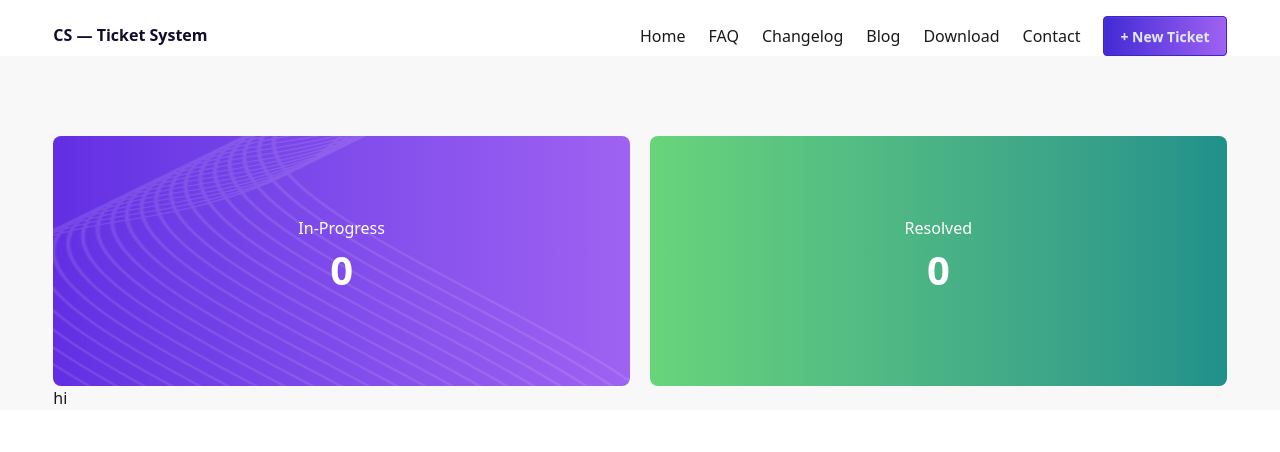
Repository: SanjidaSnigdha/Customer-Support-Zone
Page: /
An editor plug-in stored every save of this project. The page is shown before and after the next save, followed by the edit.
The browser window is 1280 px wide. The pictures show the whole page.
The project was rebuilt for these pictures with package versions that can differ from the ones it lists, and the page was loaded fresh each time. Also part of the build but not shown: vite.config.js, src/App.css.

Above is the page before, as saved 2026-03-24 03:12:39.

### index.html
<!doctype html>
<html lang="en">
  <head>
    <meta charset="UTF-8" />
    <link rel="icon" type="image/svg+xml" href="/favicon.svg" />
    <meta name="viewport" content="width=device-width, initial-scale=1.0" />
    <title>customer-support-zone</title>
  </head>
  <body>
    <div id="root"></div>
    <script type="module" src="/src/main.jsx"></script>
  </body>
</html>

### src/index.css
 @import "tailwindcss";
 @plugin "daisyui" {
  themes: light --default, dark --prefersdark;
  themes: light --default;
 }

### src/App.jsx
import { Suspense, useState } from 'react'
import './App.css'
import Navbar from './component/Navbar/Navbar'
import Banner from './component/Banner/Banner'
import CustomerTickets from './component/CustomerTickets/CustomerTickets'

const fetchTickets = async()=>{
  const res = await fetch("/customers.json")
  return res.json()
}

function App() {
  const customerPromise = fetchTickets()

  return (
    <>
    <div className='flex flex-col'>
   <Navbar></Navbar>
   <div className='flex-1 bg-base-200'>
    <Banner></Banner>
    <Suspense fallback={<span className="loading loading-spinner loading-xl"></span>
}>
          <CustomerTickets customerPromise={customerPromise}></CustomerTickets>

    </Suspense>
   </div>
   </div>

    </>
  )
}

export default App

### src/component/Navbar/Navbar.jsx
import React from 'react';

const Navbar = () => {
    return (
        <div className='flex justify-between w-11/12 mx-auto mt-4'>
            <div className='navbar-start'>
                <h1 className='w-[833px] h-[26px] font-bold text-[#130B2D]'>CS — Ticket System</h1>
            </div>
            <div className='navbar-end justify-between gap-3 text-[#000000]/90'>
                <a>Home</a>
                <a>FAQ</a>
                <a>Changelog</a>
                <a>Blog</a>
                <a>Download</a>
                <a>Contact</a>
         <button className='btn btn-primary bg-gradient-to-r from [#632EE3] to-[#9F62F2]'>+ New Ticket</button>
            </div>
        </div>
    );
};

export default Navbar;

### src/component/Banner/Banner.jsx
import React from 'react';
import vectorImg1 from '../../assets/vector1.png'
import vectorImg2 from '../../assets/vector2.png'

const Banner = () => {
    return (
        <div className='flex justify-between w-11/12 mx-auto mt-20 gap-5'>
            <div className='relative'>
             <img src={vectorImg1} alt="" className=' bg-gradient-to-r from-[#632EE3] to-[#9F62F2] w-[700px] h-[250px] rounded-[8px]'/>
             <p className='absolute text-center inset-20 text-[#FFFFFF]'>In-Progress<br /><span className='font-bold text-[#FFFFFF] text-[40px]'>
                0</span></p>

            </div>
            <div className='relative'>
      <img src={vectorImg2} alt="" className='bg-gradient-to-r from-[#54CF68] to-[#00827A] w-[700px] h-[250px] rounded-[8px]'/>
        <p className='absolute text-center inset-20 text-[#FFFFFF]'>Resolved<br /><span className='font-bold text-[#FFFFFF] text-[40px]'>
                0</span></p>

            </div>
        </div>
    );
};

export default Banner;

### src/component/CustomerTickets/CustomerTickets.jsx
import React, { use } from 'react';
const CustomerTickets = ({customerPromise}) => {
    const customerTicket = use(customerPromise)
    console.log(customerTicket)
    return (
        <div className='w-11/12 mx-auto'>
            hi
        </div>
    );
};

export default CustomerTickets;

### public/customers.json
[
  {
    "id": 1,
    "title": "Login Issue",
    "description": "Customer unable to login with correct credentials.",
    "customer": "Alice Johnson",
    "priority": "High",
    "status": "Open",
    "createdAt": "2026-03-20T10:15:00Z"
  },
  {
    "id": 2,
    "title": "Payment Failure",
    "description": "Transaction failed while trying to purchase subscription.",
    "customer": "Bob Smith",
    "priority": "High",
    "status": "Pending",
    "createdAt": "2026-03-21T14:22:00Z"
  },
  {
    "id": 3,
    "title": "Feature Request",
    "description": "Request to add dark mode in dashboard.",
    "customer": "Charlie Brown",
    "priority": "Medium",
    "status": "Open",
    "createdAt": "2026-03-22T09:30:00Z"
  },
  {
    "id": 4,
    "title": "Bug in Reports",
    "description": "Monthly report shows incorrect sales numbers.",
    "customer": "Diana Prince",
    "priority": "High",
    "status": "In Progress",
    "createdAt": "2026-03-22T11:45:00Z"
  },
  {
    "id": 5,
    "title": "Password Reset",
    "description": "Customer forgot password and cannot reset it via email.",
    "customer": "Ethan Hunt",
    "priority": "Medium",
    "status": "Resolved",
    "createdAt": "2026-03-23T08:10:00Z"
  },
  {
    "id": 6,
    "title": "Account Deactivation",
    "description": "Customer wants to deactivate account permanently.",
    "customer": "Fiona Gallagher",
    "priority": "Low",
    "status": "Pending",
    "createdAt": "2026-03-23T12:05:00Z"
  },
  {
    "id": 7,
    "title": "App Crash",
    "description": "Mobile app crashes when opening settings page.",
    "customer": "George Martin",
    "priority": "High",
    "status": "Open",
    "createdAt": "2026-03-24T07:50:00Z"
  },
  {
    "id": 8,
    "title": "Invoice Issue",
    "description": "Invoice generated shows wrong billing amount.",
    "customer": "Hannah Lee",
    "priority": "Medium",
    "status": "In Progress",
    "createdAt": "2026-03-24T09:30:00Z"
  },
  {
    "id": 9,
    "title": "Email Notifications",
    "description": "Customer not receiving notification emails.",
    "customer": "Ian Curtis",
    "priority": "Medium",
    "status": "Open",
    "createdAt": "2026-03-24T10:00:00Z"
  },
  {
    "id": 10,
    "title": "Data Export",
    "description": "Unable to export CSV from analytics dashboard.",
    "customer": "Jessica Alba",
    "priority": "Low",
    "status": "Resolved",
    "createdAt": "2026-03-24T11:15:00Z"
  }
]

Loaded but not shown: src/main.jsx (common file)

After the next save:
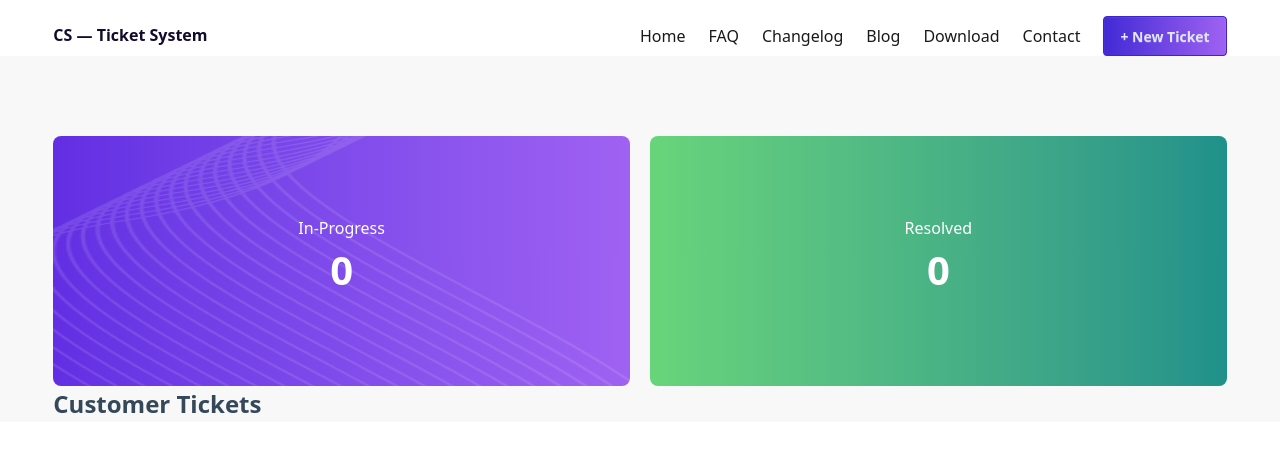
Saved 4 min 1 s later.
--- a/src/component/CustomerTickets/CustomerTickets.jsx
+++ b/src/component/CustomerTickets/CustomerTickets.jsx
@@ -4,7 +4,7 @@ const CustomerTickets = ({customerPromise}) => {
     console.log(customerTicket)
     return (
         <div className='w-11/12 mx-auto'>
-            hi
+        <h1 className='font-semibold text-[#34485A] text-[24px]'>Customer Tickets</h1>
         </div>
     );
 };
